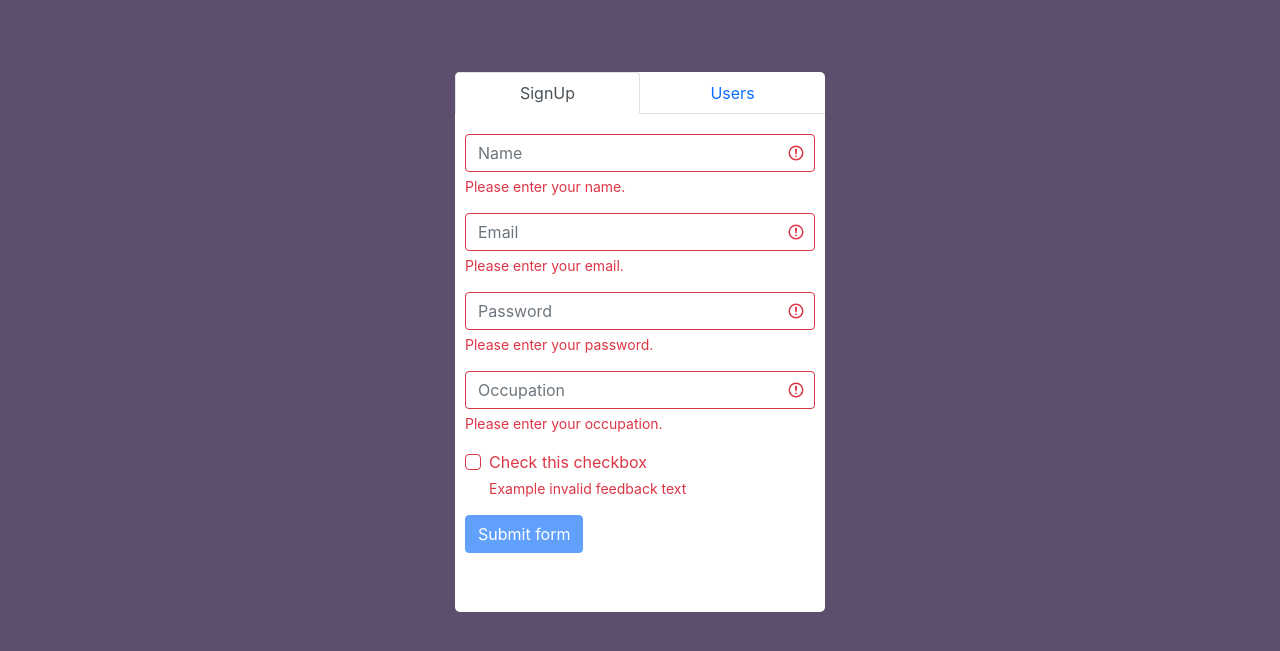
Repository: asadalibest1/SignUp-from
Page: /
These files come from the project's save history. The page is drawn as it stood at one moment and after the next save; the edit follows.
The browser window is 1280 px wide. The pictures show the whole page.
The project was rebuilt for these pictures with package versions that can differ from the ones it lists, and the page was loaded fresh each time. Also part of the build but not shown: src/components/Users/Users.css.

Above is the page before, as saved 2021-02-06 22:05:28.

### public/index.html
<!DOCTYPE html>
<html lang="en">
  <head>
    <meta charset="utf-8" />
    <link rel="icon" href="%PUBLIC_URL%/favicon.png" />
    <meta name="viewport" content="width=device-width, initial-scale=1" />
    <meta name="theme-color" content="#000000" />
    <meta
      name="description"
      content="Web site created using create-react-app"
    />
    <link rel="apple-touch-icon" href="%PUBLIC_URL%/logo192.png" />
    <!--
      manifest.json provides metadata used when your web app is installed on a
      user's mobile device or desktop. See https://developers.google.com/web/fundamentals/web-app-manifest/
    -->
    <link rel="manifest" href="%PUBLIC_URL%/manifest.json" />
    <!--
      Notice the use of %PUBLIC_URL% in the tags above.
      It will be replaced with the URL of the `public` folder during the build.
      Only files inside the `public` folder can be referenced from the HTML.

      Unlike "/favicon.ico" or "favicon.ico", "%PUBLIC_URL%/favicon.ico" will
      work correctly both with client-side routing and a non-root public URL.
      Learn how to configure a non-root public URL by running `npm run build`.
    -->
    <!-- Bootstrap -->
    <link href="https://cdn.jsdelivr.net/npm/bootstrap@5.0.0-beta1/dist/css/bootstrap.min.css" rel="stylesheet" integrity="sha384-giJF6kkoqNQ00vy+HMDP7azOuL0xtbfIcaT9wjKHr8RbDVddVHyTfAAsrekwKmP1" crossorigin="anonymous">
    <title>Sign Up</title>
  </head>
  <body>
    <noscript>You need to enable JavaScript to run this app.</noscript>
    <div id="root"></div>
    <!--
      This HTML file is a template.
      If you open it directly in the browser, you will see an empty page.

      You can add webfonts, meta tags, or analytics to this file.
      The build step will place the bundled scripts into the <body> tag.

      To begin the development, run `npm start` or `yarn start`.
      To create a production bundle, use `npm run build` or `yarn build`.
    -->
    <script src="https://cdn.jsdelivr.net/npm/bootstrap@5.0.0-beta1/dist/js/bootstrap.bundle.min.js" integrity="sha384-ygbV9kiqUc6oa4msXn9868pTtWMgiQaeYH7/t7LECLbyPA2x65Kgf80OJFdroafW" crossorigin="anonymous"></script>
  </body>
</html>

### src/index.css
body {
  margin: 0;
  font-family: -apple-system, BlinkMacSystemFont, 'Segoe UI', 'Roboto', 'Oxygen',
    'Ubuntu', 'Cantarell', 'Fira Sans', 'Droid Sans', 'Helvetica Neue',
    sans-serif;
  -webkit-font-smoothing: antialiased;
  -moz-osx-font-smoothing: grayscale;
  background-color: #5D4E6D;
}

code {
  font-family: source-code-pro, Menlo, Monaco, Consolas, 'Courier New',
    monospace;
}

### src/App.js
import React from 'react'
import App1 from "./components/App1/App1"

export default function App() {
  return (
    <div>
      <App1 />
    </div>
  )
}

### src/components/App1/App1.js
import React from 'react'
import Tabs from '../Tabs/Tabs'

export default function App1() {
    return (
        <div>
            <Tabs />
        </div>
    )
}

### src/features/counter/counterSlice.js
import { createSlice } from '@reduxjs/toolkit';

export const counterSlice = createSlice({
  name: 'counter',
  initialState: {
    value: 0,
  },
  reducers: {
    increment: state => {
      // Redux Toolkit allows us to write "mutating" logic in reducers. It
      // doesn't actually mutate the state because it uses the Immer library,
      // which detects changes to a "draft state" and produces a brand new
      // immutable state based off those changes
      state.value += 1;
    },
    decrement: state => {
      state.value -= 1;
    },
    incrementByAmount: (state, action) => {
      state.value += action.payload;
    },
  },
});

export const { increment, decrement, incrementByAmount } = counterSlice.actions;

// The function below is called a thunk and allows us to perform async logic. It
// can be dispatched like a regular action: `dispatch(incrementAsync(10))`. This
// will call the thunk with the `dispatch` function as the first argument. Async
// code can then be executed and other actions can be dispatched
export const incrementAsync = amount => dispatch => {
  setTimeout(() => {
    dispatch(incrementByAmount(amount));
  }, 1000);
};

// The function below is called a selector and allows us to select a value from
// the state. Selectors can also be defined inline where they're used instead of
// in the slice file. For example: `useSelector((state) => state.counter.value)`
export const selectCount = state => state.counter.value;

export default counterSlice.reducer;

### src/components/Tabs/Tabs.js
import React from 'react'
import SignUp from "../SignUp/SignUp"
import Users from "../Users/Users"
import "./Tabs.css"

export default function Tabs() {
    return (
        <div className="tabs-main">
            <div className="tabs">

                <ul className="nav nav-tabs" id="myTab" role="tablist">
                    <li className="nav-item text-center w-50" role="presentation">
                        <a className="nav-link active" id="signUp-tab" data-bs-toggle="tab" href="#signUp" role="tab" aria-controls="signUp" aria-selected="true">SignUp</a>
                    </li>
                    <li className="nav-item text-center w-50" role="presentation">
                        <a className="nav-link" id="users-tab" data-bs-toggle="tab" href="#users" role="tab" aria-controls="users" aria-selected="false">Users</a>
                    </li>
                </ul>
                <div className="tab-content" id="myTabContent">
                    <div className="tab-pane fade show active" id="signUp" role="tabpanel" aria-labelledby="signUp-tab">
                        <SignUp />
                    </div>
                    <div className="tab-pane fade" id="users" role="tabpanel" aria-labelledby="users-tab">

                        <Users />
                    </div>
                </div>


            </div>
        </div>
    )
}

### src/components/SignUp/SignUp.js
import React from 'react'
import "./SignUp.css"

export default function SignUp() {
    return (
        <div className="SignUp">

<form className="was-validated">

  <div className="mb-3">
    <input type="name" className="form-control" id="validationTextarea" placeholder="Name" required />
    <div className="invalid-feedback">
      Please enter your name.
    </div>
  </div>

  <div className="mb-3">
    <input type="email" className="form-control" id="validationTextarea" placeholder="Email" required />
    <div className="invalid-feedback">
      Please enter your email.
    </div>
  </div>

  <div className="mb-3">
    <input type="password" className="form-control" id="validationTextarea" placeholder="Password" required />
    <div className="invalid-feedback">
      Please enter your password.
    </div>
  </div>

  <div className="mb-3">
    <input type="occupation" className="form-control" id="validationTextarea" placeholder="Occupation" required />
    <div className="invalid-feedback">
      Please enter your occupation.
    </div>
  </div>


  <div className="form-check mb-3">
    <input type="checkbox" className="form-check-input" id="validationFormCheck1" required />
    <label className="form-check-label" for="validationFormCheck1">Check this checkbox</label>
    <div className="invalid-feedback">Example invalid feedback text</div>
  </div>


  <div className="mb-3">
    <button className="btn btn-primary" type="submit" disabled>Submit form</button>
  </div>
</form>
        </div>
    )
}

### src/components/Users/Users.js
import React from 'react'
import "./Users.css"

export default function Users() {
    return (
        <div>
    Users
        </div>
    )
}

### src/components/Tabs/Tabs.css
.tabs{
    width: 370px;
    height: 75vh;
    background-color: white;
    margin: auto auto;
    margin-top: 10vh;
    border-radius: 5px;
    overflow: hidden;
}

### src/components/SignUp/SignUp.css
.SignUp{
    margin: 20px 10px;
}

Loaded but not shown: src/index.js (common file); src/app/store.js (common file); src/serviceWorker.js (common file)

After the next save:
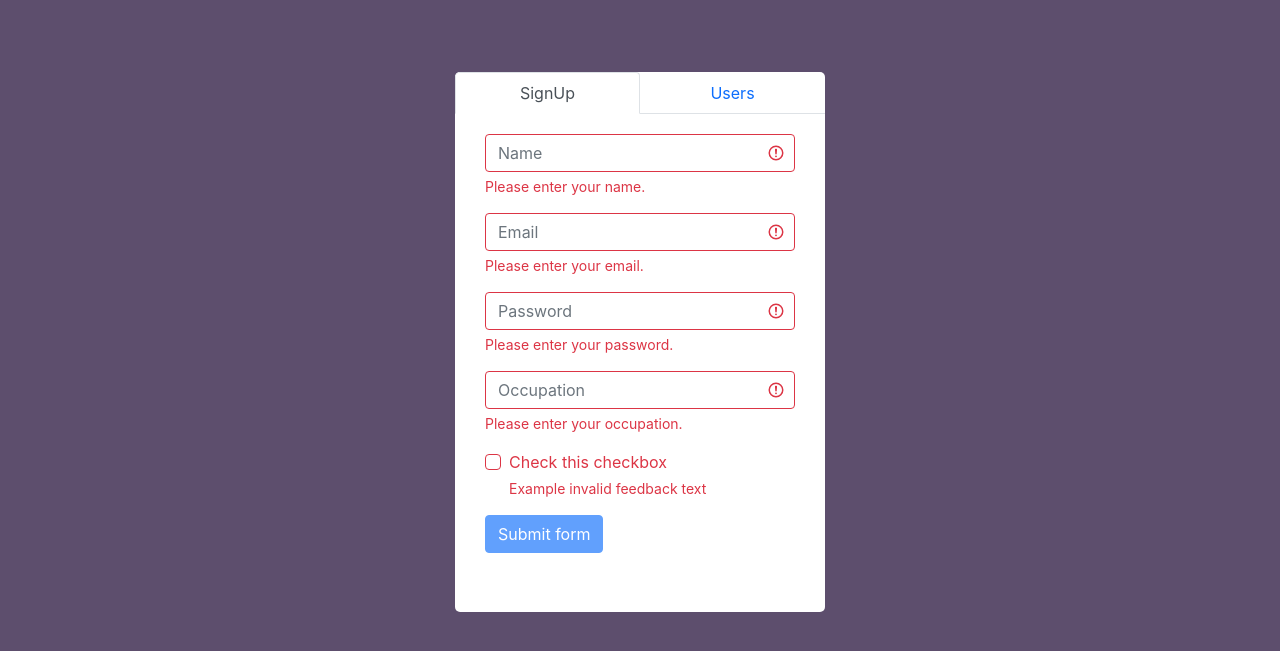
Saved 15 s later.
--- a/src/components/SignUp/SignUp.css
+++ b/src/components/SignUp/SignUp.css
@@ -1,3 +1,3 @@
 .SignUp{
-    margin: 20px 10px;
+    margin: 20px 30px;
 }
